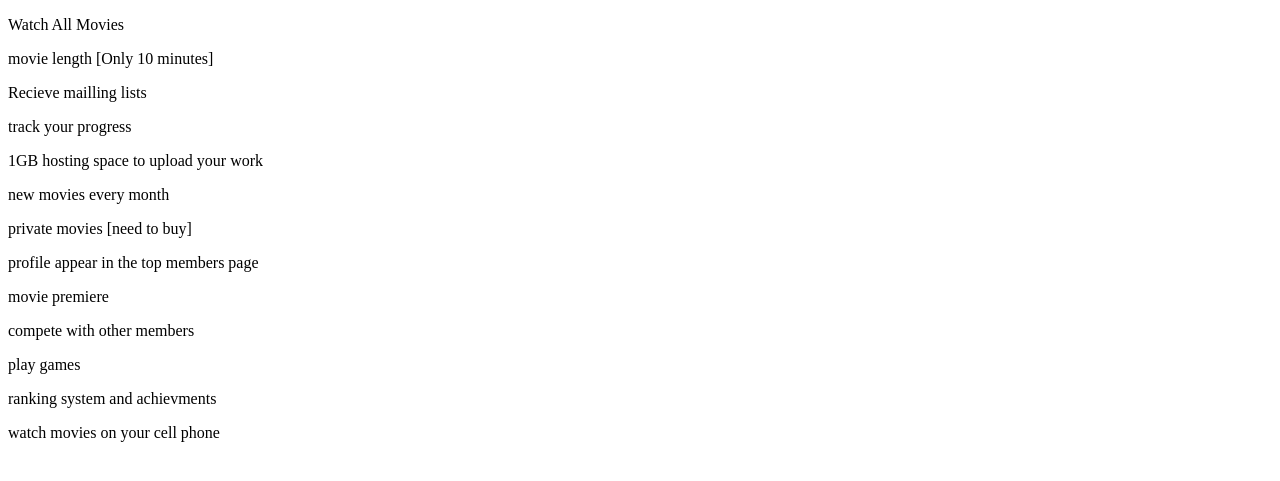
Repository: Z-ayat/Challenges
Page: Challenge 6/index.html
These files come from the project's save history. The page is drawn as it stood at one moment and after the next save; the edit follows.
The browser window is 1280 px wide. The pictures show the whole page.

Above is the page before, as saved 2021-09-07 18:00:07.

### Challenge 6/index.html
<!DOCTYPE html>
<html lang="en">

<head>
    <meta charset="UTF-8">
    <meta http-equiv="X-UA-Compatible" content="IE=edge">
    <meta name="viewport" content="width=device-width, initial-scale=1.0">
    <title>Features Comparison</title>
</head>

<body>
    <div class="layout">

        <div class="basic">
            <p class="specs">Watch All Movies</p>
            <p class="specs">movie length [Only 10 minutes]</p>
            <p class="specs">Recieve mailling lists</p>
            <p class="specs">track your progress</p>
            <p class="specs">1GB hosting space to upload your work</p>
            <p class="specs">new movies every month</p>
            <p class="specs">private movies [need to buy]</p>
            <p class="specs">profile appear in the top members page</p>
            <p class="specs">movie premiere</p>
            <p class="specs">compete with other members</p>
            <p class="specs">play games</p>
            <p class="specs">ranking system and achievments</p>
            <p class="specs">watch movies on your cell phone</p>
        </div>
        <div class="professional"></div>

    </div>
</body>

</html>

### Challenge 6/styling/css/master.css
* {
    margin: 0;
    padding: 0;
    box-sizing: border-box;
}

:root {
    --bodyclr: #F6F6F6;
    --basicclr: #F44336;
    -proffclr: #2196F3;
    --checkedclr: #009688;
    --falseclr: #E91E63;
    --normal: #FFFFFF;
}

.basic {
    display: grid;
}

.specs {
    text-transform: capitalize;
}

After the next save:
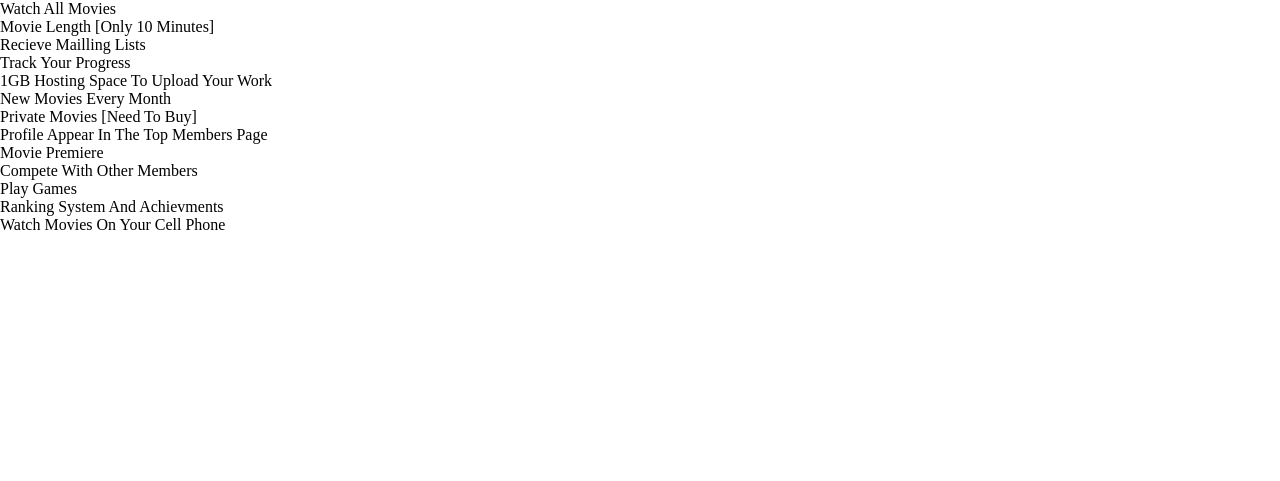
Saved 16 s later.
--- a/Challenge 6/index.html
+++ b/Challenge 6/index.html
@@ -3,8 +3,7 @@
 
 <head>
     <meta charset="UTF-8">
-    <meta http-equiv="X-UA-Compatible" content="IE=edge">
-    <meta name="viewport" content="width=device-width, initial-scale=1.0">
+    <link rel="stylesheet" href="./styling/css/master.css">
     <title>Features Comparison</title>
 </head>
 
